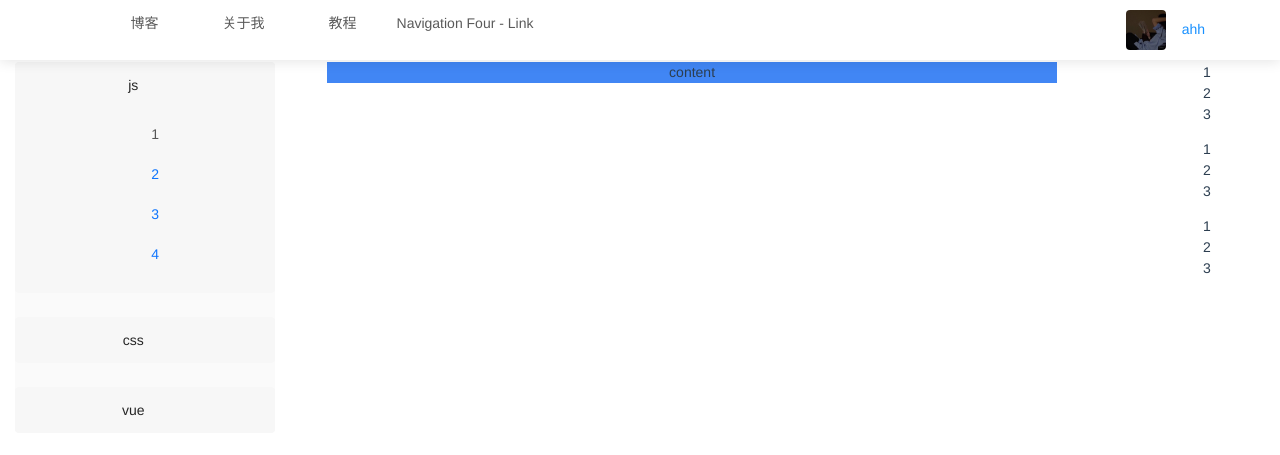
Repository: GitDjAr/blog
Page: /notes (app in myblog/)
The author's editor kept a copy of each file at every save. The page is drawn from the files as they stood at one save, then again after the next save.
The browser window is 1280 px wide. The pictures show the whole page.
The project was rebuilt for these pictures with package versions that can differ from the ones it lists, and the page was loaded fresh each time. Also part of the build but not shown: myblog/webpack.config.js, myblog/src/views/footer/footer.vue. Imported but missing from the stored project, and not drawn on this page: myblog/src/store/getters, myblog/src/views/about/about.

Above is the page before, as saved 2020-12-27 19:57:46.

### myblog/src/main.js
import Vue from 'vue'
import App from './App.vue'
import router from './router/index'
import store from './store/index'
import 'ant-design-vue/dist/antd.css'; // or 'ant-design-vue/dist/antd.less'


import Antd from 'ant-design-vue';
Vue.use(Antd);
new Vue({
  el: '#app',
  router,
  store,
  render: h => h(App)
})

### myblog/src/App.vue
<template>
  <div id="app">
    <headers></headers>
    <div class="conten">
      <transition enter-class='myenter-class'>
        <router-view/>
      </transition>
    </div>
    <footers
    v-if="this.$route.meta.foter"></footers>
  </div>
</template>

<script>
import headers from 'v/header/header'
import footers from 'v/footer/footer'
export default {
  components:{
    headers,
    footers
  },
  name: 'app',
  data () {
    return {
    }
  }
}
</script>

<style lang="scss">
#app {
  font-family: 'Avenir', Helvetica, Arial, sans-serif;
  -webkit-font-smoothing: antialiased;
  -moz-osx-font-smoothing: grayscale;
  text-align: center;
  color: #2c3e50;
  .conten{
    padding: 0 15px;
    margin: 0 15px;
    overflow: hidden;
    max-width: 2000px;
    margin: auto;
    padding-top: 62px;
  }
  .myenter-class{
	-webkit-animation: fade-in-left 0.6s cubic-bezier(0.390, 0.575, 0.565, 1.000) both;
	        animation: fade-in-left 0.6s cubic-bezier(0.390, 0.575, 0.565, 1.000) both;
  }
@-webkit-keyframes fade-in-left {
  0% {
    -webkit-transform: translateX(-50px);
            transform: translateX(-50px);
    opacity: 0;
  }
  100% {
    -webkit-transform: translateX(0);
            transform: translateX(0);
    opacity: 1;
  }
}
@keyframes fade-in-left {
  0% {
    -webkit-transform: translateX(-50px);
            transform: translateX(-50px);
    opacity: 0;
  }
  100% {
    -webkit-transform: translateX(0);
            transform: translateX(0);
    opacity: 1;
  }
}

}

</style>

### myblog/src/router/index.js
import Vue from 'vue'
import Router from 'vue-router'
Vue.use(Router)

// 暴露router
const router = new Router({
  mode:'history',
  routes:[
    {
      path:'/',
      redirect:'/index',
    },
    {
      path:'/index',
      meat:{title:'hello,欢迎来到我博客',foter:false},
      name:'index',
      component:()=>import('@/views/index')
    },
    {
      path:'/about',
      meat:{title:'关于我',foter:true},
      name:'about',
      component:()=>import('@/views/about/about')
    },
    {
      path:'/notes',
      meat:{title:'笔记',foter:true},
      name:'notes',
      component:()=>import('@/views/notes/notes')
    }
  ]
})

export default router

### myblog/src/store/index.js
import Vue from 'vue'
import Vuex from 'vuex'
import {getters} from './getters'

Vue.use(Vuex)

const store = new Vuex.Store({
  state:{
    Switch_:localStorage.getItem('state')  //dattiem or nightime
  },
  modules:{
    Switch_(state,status){
      // localStorage.setItem(state) = status
    }
  },
getters
})

export default store

### myblog/src/views/header/header.vue
<!--  -->
<template>
<div class="header-x">
  <a-row align='middle' type='flex' justify='space-between'>
    <a-col
    :lg="{span:'12'}"
    span='2'
    class="ul_flat"
    >
      <a-menu v-model="current" mode="horizontal"
      @click='titleClick '>
        <a-menu-item key="index"> <a-icon type="mail" />博客</a-menu-item>
        <a-menu-item key="about"> <a-icon type="mail" />关于我</a-menu-item>
        <a-sub-menu>
          <span slot="title" class="submenu-title-wrapper"
            ><a-icon type="setting" />教程</span
          >
          <a-menu-item-group title="Item 1">
            <a-menu-item key="notes">
              笔记
            </a-menu-item>
            <a-menu-item key="setting:2">
              Option 2
            </a-menu-item>
          </a-menu-item-group>
          <a-menu-item-group title="Item 2">
            <a-menu-item key="setting:3">
              Option 3
            </a-menu-item>
            <a-menu-item key="setting:4">
              Option 4
            </a-menu-item>
          </a-menu-item-group>
        </a-sub-menu>
        <a-menu-item key="alipay">
          <a href="https://antdv.com" target="_blank" rel="noopener noreferrer"
            >Navigation Four - Link</a
          >
        </a-menu-item>
      </a-menu>
    </a-col>

    <a-col lg='6' :span="4"  >
        <a-icon type="fullscreen"
          @click="阿"
          v-if="isicon"/>
      <a-avatar shape="square" :src='userimg' :size="40" icon="user" />
      <a-button type="link">
      {{name}}
      </a-button>
    </a-col>
  </a-row>
</div>
</template>

<script>
import userimg from '@/assets/image/1.jpg'
export default {

  components: {

},
  data () {
    return {
      userimg:userimg,
      name:'ahh',
      isicon:'',
      current: ['mail'],
    };
  },

  filters: {

},

  watch: {
},

  computed: {
},

  methods: {
    titleClick (e){
      this.$router.push({
        path:e.key
      })
    },

},

  mounted(){
    window.addEventListener('resize',this.bodysize,false)
},
}

</script>
<style scoped lang='scss'>
.header-x{
  position: fixed;
  z-index: 100;
  box-shadow: 0 2px 12px 0 rgba(0, 0, 0, 0.1);
  height: 60px;
  width: 100%;
  .ant-menu-root {
    border:none
  }
  .ant-menu-horizontal{
    box-sizing: border-box;
    border:none
    .ant-menu-item{
      line-height: 60px;
      height: 60px;
    }
    height: 60px;
  }
}
</style>

### myblog/src/views/notes/notes.vue
<!--  -->
<template>
  <div>
    <a-row>
      <a-col :span='0' :lg="{span:'6'}" :xl="{span:'5'}">
        <div>
          <a-collapse default-active-key="1" :bordered="false"
          expand-icon-position='right'>
            <template #expandIcon="props">
              <a-icon type="caret-right" :rotate="props.isActive ? 90 : 0" />
            </template>
            <a-collapse-panel key="1" header="js" :style="customStyle">
              <router-link tag='div' v-for="(item, index) in 4"
              class="nav_list"
              :to="{path:'/'+`notes/${item.Classification}`,query}"
              :key="index"
              :class="isshow==index?'':'is_check'"
              >{{item}}</router-link>
            </a-collapse-panel>
            <a-collapse-panel key="2" header="css" :style="customStyle">
              <p>{{ text }}</p>
            </a-collapse-panel>
            <a-collapse-panel key="3" header="vue" :style="customStyle">
              <p>{{ text }}</p>
            </a-collapse-panel>
          </a-collapse>
        </div>
      </a-col>
      <a-col :span='24' :lg='{span:"10",offset:"1"}' :xl='{span:"14",offset:"1"}'>
        <div class="notes-box">
          content
        </div>
      </a-col>
      <a-col :span='0' :lg="{span:'6',offset:'1'}" :xl='{span:"3",offset:"1"}'>
        <div class="menu-notes">
          <ul class="menu-notes-ul" v-for="(itme, index) in 3" :key="index">
            <li class="menu-notes-li" v-for="(it2, idx2) in 3" :key="idx2">{{it2}}</li>
          </ul>
        </div>
      </a-col>
    </a-row>
  </div>
</template>

<script>
export default {
  data () {
    return {
      isshow:'0',
      text: `A dog is a type of domesticated animal.Known for its loyalty and faithfulness,it can be found as a welcome guest in many households across the world.`,
      customStyle:
        'background: #f7f7f7;border-radius: 4px;margin-bottom: 24px;border: 0;overflow: hidden',
    };
  },
  mounted(){

},

  methods: {

}
}

</script>
<style scoped lang='scss'>
.nav_list{
  margin: 5px 10px;
  width: 100%;
  height: 35px;
  line-height: 35px;
}
.nav_list:hover{
  background: rgb(242, 242, 242);
}
.is_check{
  color: rgb(15, 117, 253);
}
.notes-box{
  background: #4186f4;
}
.menu-notes{
  .menu-notes-ul{
    list-style: none;

  }
}
</style>

After the next save:
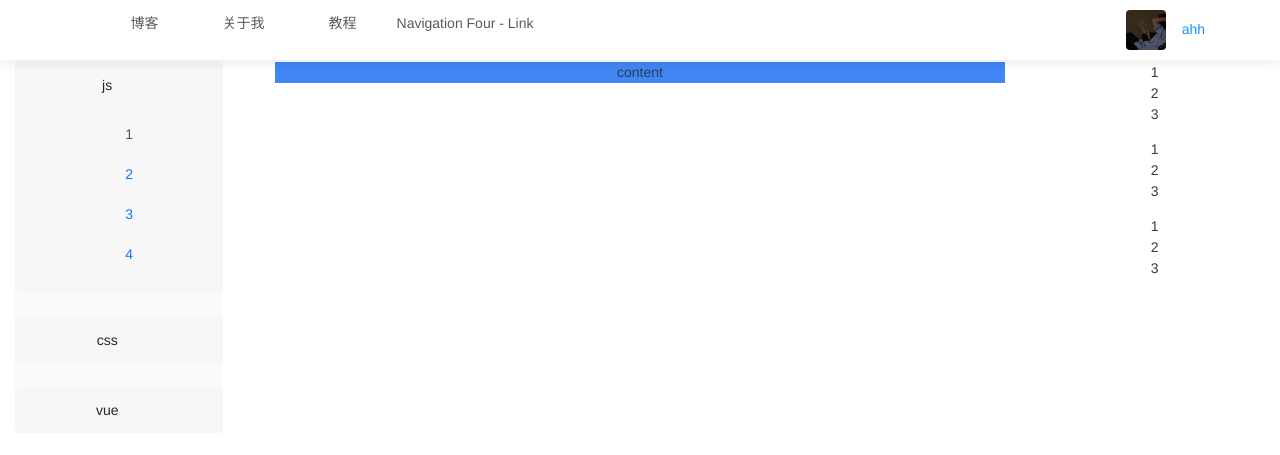
Saved 53 s later.
--- a/myblog/src/views/notes/notes.vue
+++ b/myblog/src/views/notes/notes.vue
@@ -2,7 +2,7 @@
 <template>
   <div>
     <a-row>
-      <a-col :span='0' :lg="{span:'6'}" :xl="{span:'5'}">
+      <a-col :span='0' :lg="{span:'5'}" :xl="{span:'4'}">
         <div>
           <a-collapse default-active-key="1" :bordered="false"
           expand-icon-position='right'>
